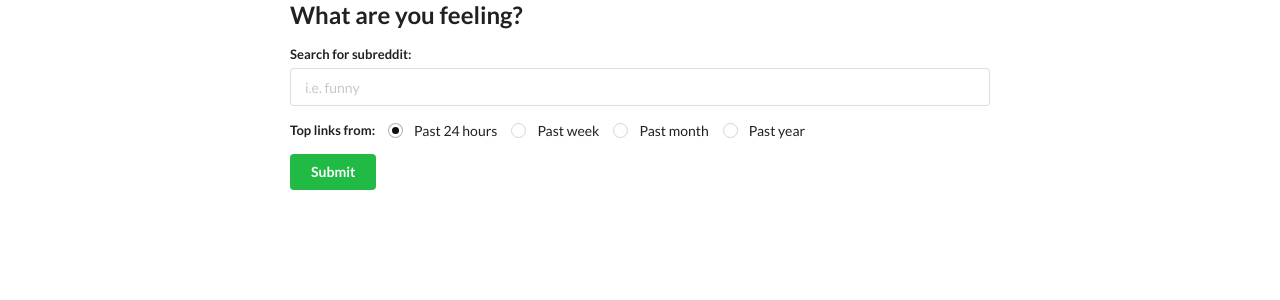
Repository: nikdmello/best-of-reddit-webapp
Page: http://localhost/
The author's editor kept a record of every edit. The page is drawn from the files as they stood at one moment, then again after the next edit.
The browser window is 1280 px wide. The pictures show the whole page.
The page is served by the project's Node server (app.js).

Above is the page before.

### views/search.ejs
<%- include("partials/header") %>

<div class="ui main text container">
  <h2>What are you feeling?</h2>

  <form action="/results" method="GET">
    <div class="ui form">
      <div class="field">
        <label>Search for subreddit:</label>
        <input type="text" name="search" placeholder="i.e. funny">
      </div>

      <div class="inline fields">
    <label>Top links from: </label>
    <div class="field">
      <div class="ui radio checkbox">
        <input type="radio" name="frequency" checked="checked" value="day">
        <label>Past 24 hours</label>
      </div>
    </div>
    <div class="field">
      <div class="ui radio checkbox">
        <input type="radio" name="frequency" value="week">
        <label>Past week</label>
      </div>
    </div>
    <div class="field">
      <div class="ui radio checkbox">
        <input type="radio" name="frequency" value="month">
        <label>Past month</label>
      </div>
    </div>
    <div class="field">
      <div class="ui radio checkbox">
        <input type="radio" name="frequency" value="year">
        <label>Past year</label>
      </div>
    </div>
  </div>

      <div class="field"><button class="positive ui button">Submit</button></div>
    </div>
  </form>

### views/partials/header.ejs
<html>
    <head>
        <title>Reddit API</title>
        <link rel="stylesheet" type="text/css" href="https://cdnjs.cloudflare.com/ajax/libs/semantic-ui/2.4.1/semantic.css">
    </head>
</html>

### app.js
const express = require("express");
var app = express();
const request = require('request');

const port = process.env.PORT;

app.set("view engine", "ejs");

app.get("/", (req, res) => {
  res.render("search");
});
app.use('/css', express.static(__dirname + '/node_modules/bootstrap/dist/css'));

app.get("/results", (req, res) => {
  var subreddit = req.query.search; // search is name of text field
  var url = 'https://old.reddit.com/r/' + subreddit + '/top/.json?sort=top&t=day';
  request(url, function (error, response, body) {
  if (!error && response.statusCode == 200) {
    var data = JSON.parse(body);
    res.render("results", {data: data}); //Renders results.ejs
  }
});
});

app.listen(port, () => {
  console.log(`running at port ${port}`);
});

After the next edit:
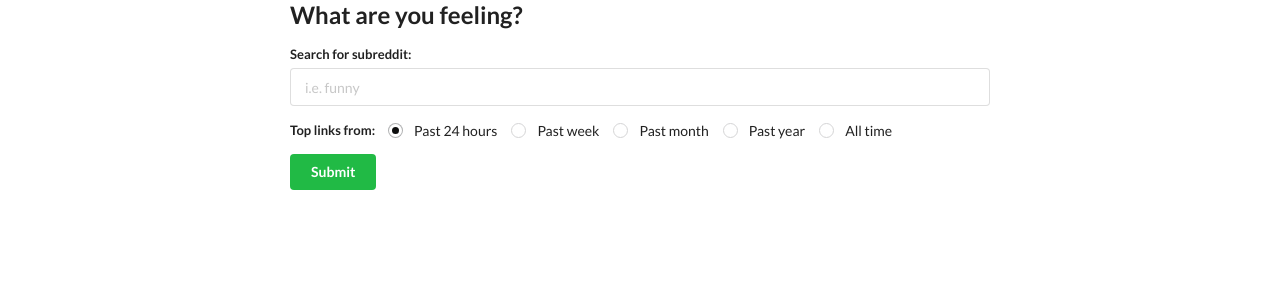
The edit:
--- a/views/search.ejs
+++ b/views/search.ejs
@@ -36,6 +36,12 @@
         <label>Past year</label>
       </div>
     </div>
+    <div class="field">
+      <div class="ui radio checkbox">
+        <input type="radio" name="frequency" value="all">
+        <label>All time</label>
+      </div>
+    </div>
   </div>
 
       <div class="field"><button class="positive ui button">Submit</button></div>
